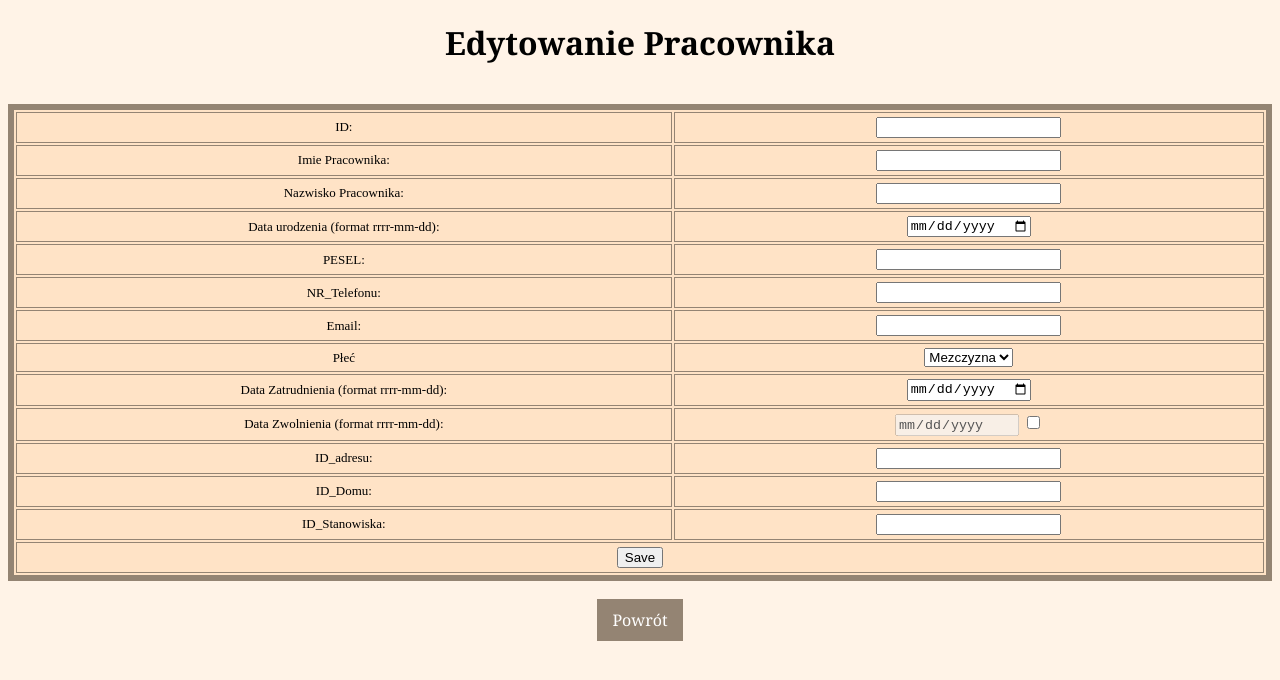
Repository: marcinRuta/houseOfCulture-crud-webapp-database
Page: http://localhost/edit_form_pracownicy
An editor plug-in stored every save of this project. The page is shown before and after the next save, followed by the edit.
The browser window is 1280 px wide. The pictures show the whole page.
The page is this project's Thymeleaf template; nobody is signed in. The template is opened directly, without the code that normally fills it, so the values that code supplies are empty.

Above is the page before, as saved 2021-01-10 00:27:06.

### DomKultury/src/main/resources/templates/edit_form_pracownicy.html
<!DOCTYPE html>
<html xmlns="http://www.w3.org/1999/xhtml"
	xmlns:th="http://www.thymeleaf.org">
<head>
<script>
	function Enabledch(ch)
	{
		var ddl=document.getElementById("Data");
		dd1.disabled=ch.checked ? false : true;

		if(!ddl.disabled)
		{

			ddl.focus()
		}

	}



</script>


<meta charset="UTF-8">
<link rel="stylesheet" href="../static/css/tabele.css" th:href="@{/css/tabele.css}" >
<title>Aplikacja do obsługi Domu Kultury</title>
</head>
<body>

	<div align="center">

		<!-- Page header -->
		<h1>Edytowanie Pracownika</h1>

		<!-- End line/new line -->

		<br/>

		<form action="#" th:action="@{/updateP}" th:object="${EditPracownicy}"
			method="post">

			<!-- Table -->
		<table class="cinereousTable">

				<tr>
					<td>ID:</td>
					<td><input type="text" th:field="*{ID_Pracownika}"
						readonly="readonly"></td>

				</tr>
				<tr>
					<td>Imie Pracownika:</td>
					<td><input type="text" th:field="*{Imie}"></td>
				</tr>

				<!-- Table 2nd row -->

				<tr>
					<td>Nazwisko Pracownika:</td>
					<td><input type="text" th:field="*{Nazwisko}"></td>
				</tr>

				<!-- Table 3rd row -->

				<tr>
					<td>Data urodzenia (format rrrr-mm-dd):</td>
					<td><input type="date" th:field="*{Data_urodzenia}"></td>
				</tr>

				<!-- Table 4th row -->

				<tr>
					<td>PESEL:</td>
					<td><input type="text" th:field="*{PESEL}"></td>
				</tr>

				<!-- Table 5th row -->

				<tr>
					<td>NR_Telefonu:</td>
					<td><input type="text" th:field="*{NR_Telefonu}"></td>
				</tr>

				<!-- Table 6th row -->

				<tr>
					<td>Email:</td>
					<td><input type="text" th:field="*{Email}"></td>
				</tr>

				<!-- Table 7th row -->

				<tr>
					<td>Płeć</td>
					<td><select th:field="*{Plec}">
							<option value="Mezczyzna">Mezczyzna</option>
							<option value="Kobieta">Kobieta</option>
					</select>
					</td>
				</tr>

				<!-- Table 8th row -->

				<tr>
					<td>Data Zatrudnienia (format rrrr-mm-dd):</td>
					<td><input type="date" th:field="*{Data_Zatrudnienia}"></td>
				</tr>

				<!-- Table 9th row -->

				<tr>
					<td>Data Zwolnienia (format rrrr-mm-dd):</td>
					<td><input id="Data" disabled="disabled" type="date" th:field="*{Data_Zwolnienia}">
					<input type="checkbox" id="ch" onclick="Enabledch(this)"/></td>
				</tr>

				<!-- Table 10th row -->

				<tr>
					<td>ID_adresu:</td>
					<td><input type="text" th:field="*{ID_Adresu}"></td>
				</tr>

				<!-- Table 11th row -->

				<tr>
					<td>ID_Domu:</td>
					<td><input type="text" th:field="*{ID_Domu}"></td>
				</tr>

				<!-- Table 12th row -->

				<tr>
					<td>ID_Stanowiska:</td>
					<td><input type="text" th:field="*{ID_Stanowiska}"></td>
				</tr>

				<!--  Button for save -->
				<tr>
				<td colspan="2"><button type="submit">Save</button>
				</td>
				</tr>

			</table>
		</form>
			<br/>
				<!-- EXIT -->
				<a href="/P">Powrót</a>
	</div>

</body>
</html>

### DomKultury/src/main/resources/static/css/tabele.css

table.cinereousTable {
  border: 6px solid #948473;
  background-color: #FFE3C6;
  width: 100%;
  text-align: center;
}
table.cinereousTable td, table.cinereousTable th {
  border: 1px solid #948473;
  padding: 4px 4px;
}
table.cinereousTable tbody td {
  font-size: 13px;
}
table.cinereousTable thead {
  background: #948473;
  background: -moz-linear-gradient(top, #afa396 0%, #9e9081 66%, #948473 100%);
  background: -webkit-linear-gradient(top, #afa396 0%, #9e9081 66%, #948473 100%);
  background: linear-gradient(to bottom, #afa396 0%, #9e9081 66%, #948473 100%);
}
table.cinereousTable thead th {
  font-size: 17px;
  font-weight: bold;
  color: #F0F0F0;
  text-align: left;
  border-left: 2px solid #948473;
}
table.cinereousTable thead th:first-child {
  border-left: none;
}

table.cinereousTable tfoot td {
  font-size: 16px;
}

body {
  background-color: #FFF3E7;
}
h1 {
  color: black;
  font-family: Georgia, serif;
}
p {
  color: black;
}
a:link, a:visited {
  background-color: #948473;
  color: white;
  padding: 10px 15px;
  text-align: center;
  text-decoration: none;
  display: inline-block;
  font-family: Georgia, serif;
}

a:hover, a:active {
  background-color: 948473;
}
.button {
  background-color: #948473; /* Green */
  border: none;
  color: white;
  padding: 10px 14px;
  text-align: center;
  text-decoration: none;
  display: inline-block;
  font-size: 16px;
  font-family: Georgia, serif;
  transition-duration: 0.4s;
}

.button:hover {
 background-color: #3D362F ;
  border: none;
  color: white;
  padding: 10px 11px;
  text-align: center;
  text-decoration: none;
  display: inline-block;
  font-size: 16px;
  font-family: Georgia, serif;

}

After the next save:
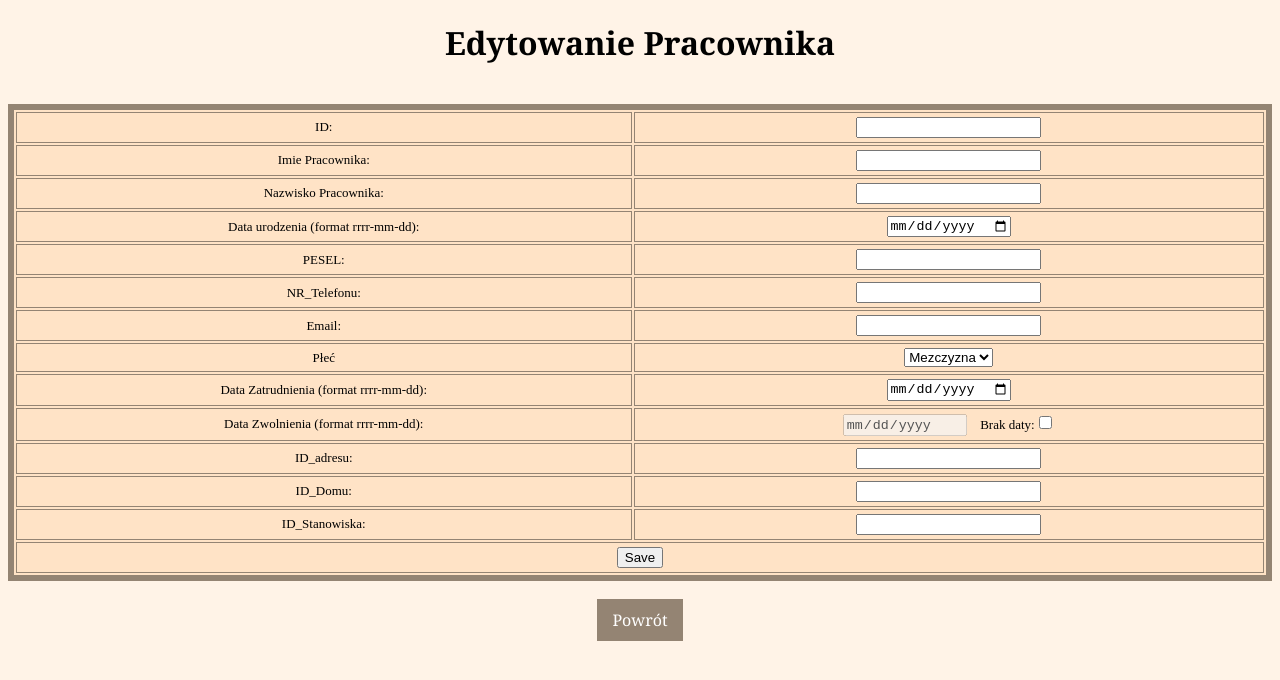
Saved 38 s later.
--- a/DomKultury/src/main/resources/templates/edit_form_pracownicy.html
+++ b/DomKultury/src/main/resources/templates/edit_form_pracownicy.html
@@ -111,7 +111,7 @@
 				<tr>
 					<td>Data Zwolnienia (format rrrr-mm-dd):</td>
 					<td><input id="Data" disabled="disabled" type="date" th:field="*{Data_Zwolnienia}">
-					<input type="checkbox" id="ch" onclick="Enabledch(this)"/></td>
+					&nbsp;&nbsp; Brak daty:<input type="checkbox" id="ch" onclick="Enabledch(this)"/></td>
 				</tr>
 
 				<!-- Table 10th row -->
